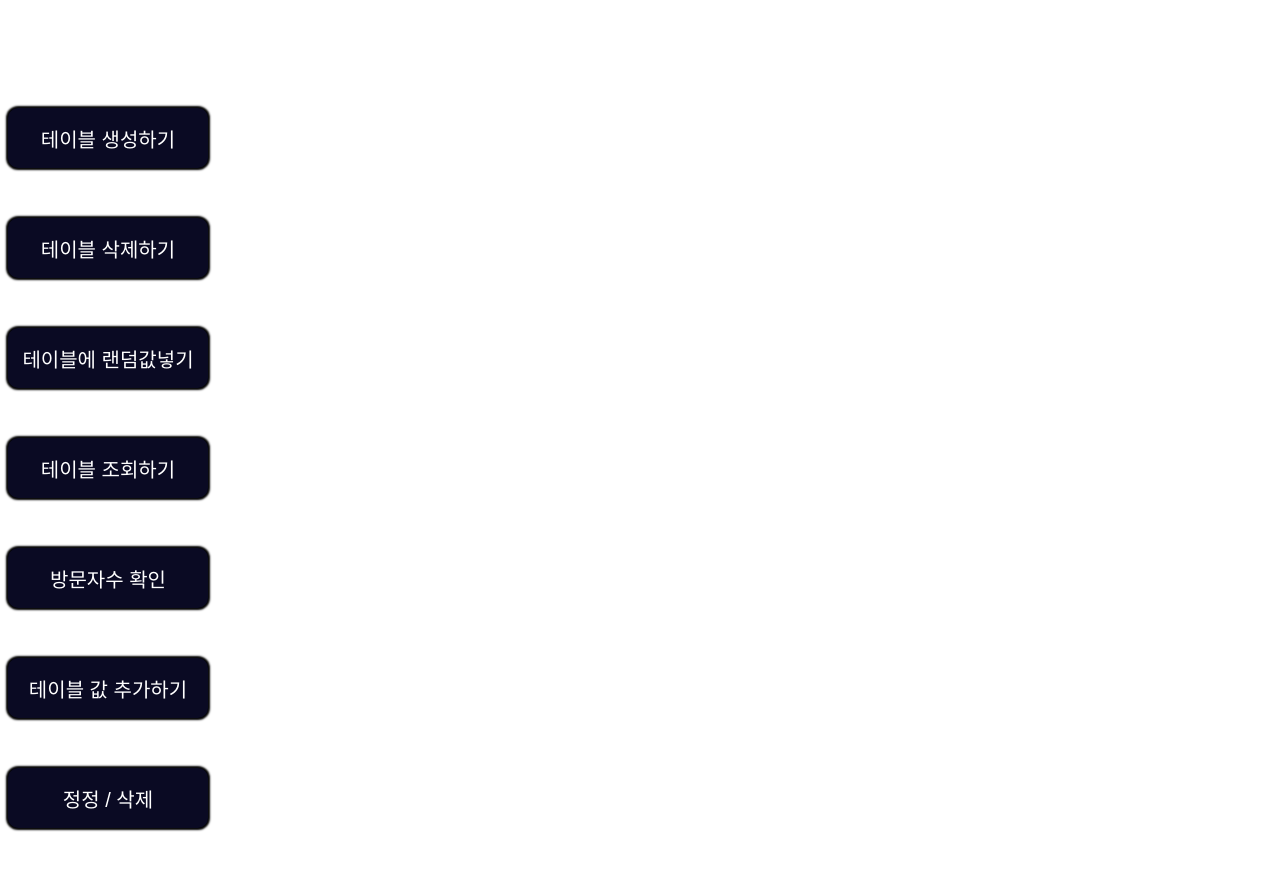
Repository: kimeuiyeob/KOPO_JSP_Study
Page: JSP/src/main/webapp/menu.html
An editor plug-in stored every save of this project. The page is shown before and after the next save, followed by the edit.
The browser window is 1280 px wide. The pictures show the whole page.

Above is the page before, as saved 2023-05-26 05:29:53.

### JSP/src/main/webapp/menu.html
<!DOCTYPE html>
<html lang="en">

<head>
<meta charset="UTF-8">
<meta http-equiv="X-UA-Compatible" content="IE=edge">
<meta name="viewport" content="width=device-width, initial-scale=1.0">
<title>메인 메뉴</title>
</head>

<link rel="stylesheet" href="css/menu.css">

<body>

	<div style="padding-top: 100px">
		<a href="./create.jsp" target="main"><button>테이블 생성하기</button></a>
	</div>
	<div>
		<a href="./drop.jsp" target="main"><button>테이블 삭제하기</button></a>
	</div>
	<div>
		<a href="./insertRandom.jsp" target="main"><button>테이블에
				랜덤값넣기</button></a>
	</div>
	<div>
		<a href="./selectAll.jsp" target="main"><button>테이블 조회하기</button></a>
	</div>

	<div>
		<a href="./countVisitor.jsp" target="main"><button>방문자수
				확인</button></a>
	</div>

	<div>
		<a href="./insert.jsp" target="main"><button>테이블 값 추가하기</button></a>
	</div>

	<div>
		<a href="./selectById.jsp" target="main"><button>정정 / 삭제</button></a>
	</div>


</body>

</html>

### JSP/src/main/webapp/css/menu.css
@charset "UTF-8";

div {
	padding-bottom: 50px;
}

button {
	background-color: #0a0a23;
	color: #fff;
	border: none;
	border-radius: 10px;
	box-shadow: 0px 0px 2px 2px rgb(0, 0, 0);
	height: 60px;
	width: 200px;
	cursor: pointer;
	font-size: 20px;
}

After the next save:
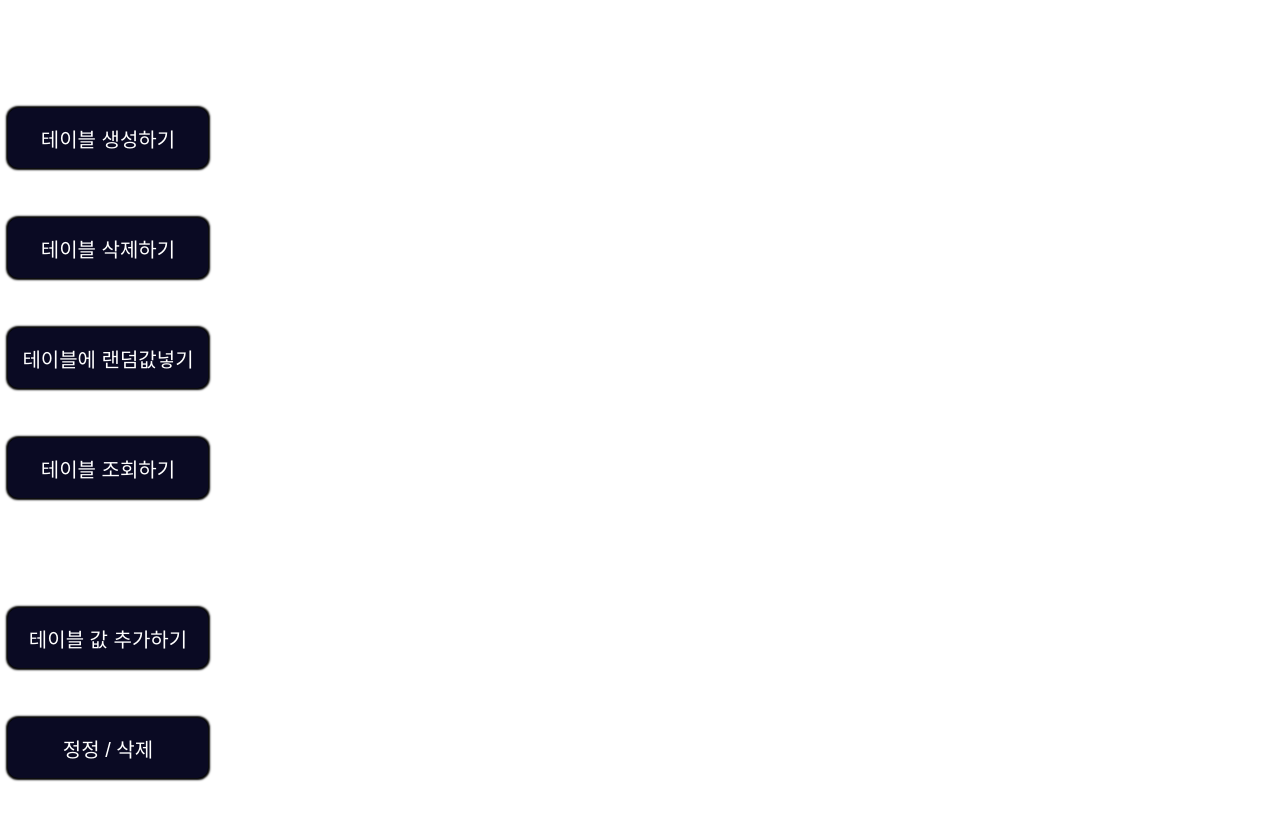
Saved 4 min 44 s later.
--- a/JSP/src/main/webapp/menu.html
+++ b/JSP/src/main/webapp/menu.html
@@ -26,12 +26,8 @@
 		<a href="./selectAll.jsp" target="main"><button>테이블 조회하기</button></a>
 	</div>
 
-	<div>
-		<a href="./countVisitor.jsp" target="main"><button>방문자수
-				확인</button></a>
-	</div>
 
-	<div>
+	<div style="padding-top: 60px">
 		<a href="./insert.jsp" target="main"><button>테이블 값 추가하기</button></a>
 	</div>
 
